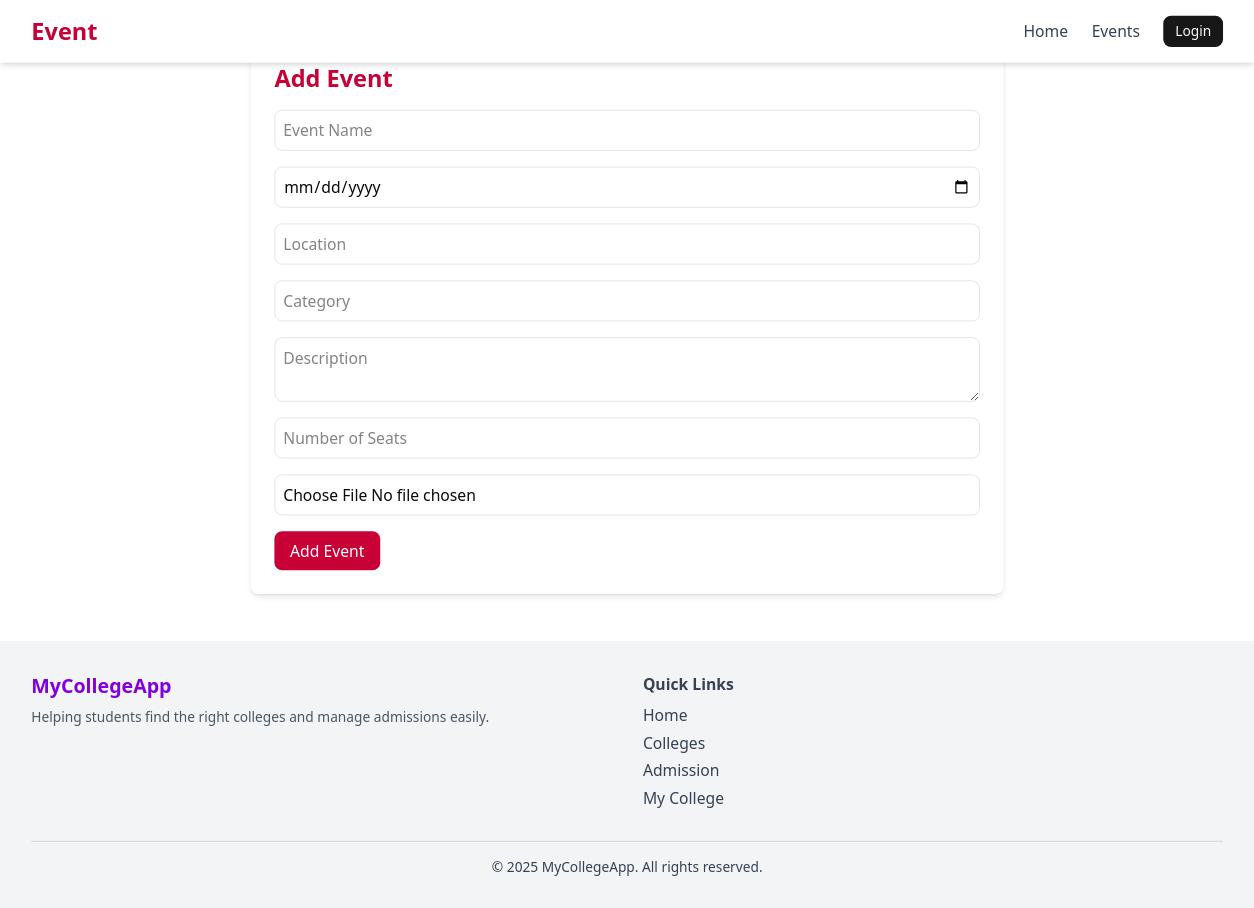
Repository: shshafin/event-client
Page: /add-event
The author's editor kept a copy of each file at every save. The page is drawn from the files as they stood at one save, then again after the next save.
The browser window is 1280 px wide. The pictures show the whole page, at 98% of full size.
The page's requests for data from a server got no answer. The project was rebuilt for these pictures with package versions that can differ from the ones it lists, and the page was loaded fresh each time. The framework's server and built-in components were replaced by stand-ins that run in the browser. No one was signed in, and anything a server would have sent is missing. Also part of the build but not shown: next.config.ts, src/components/ui/dropdown-menu.tsx.

Above is the page before, as saved 2025-10-30 00:53:41.

After the next save:
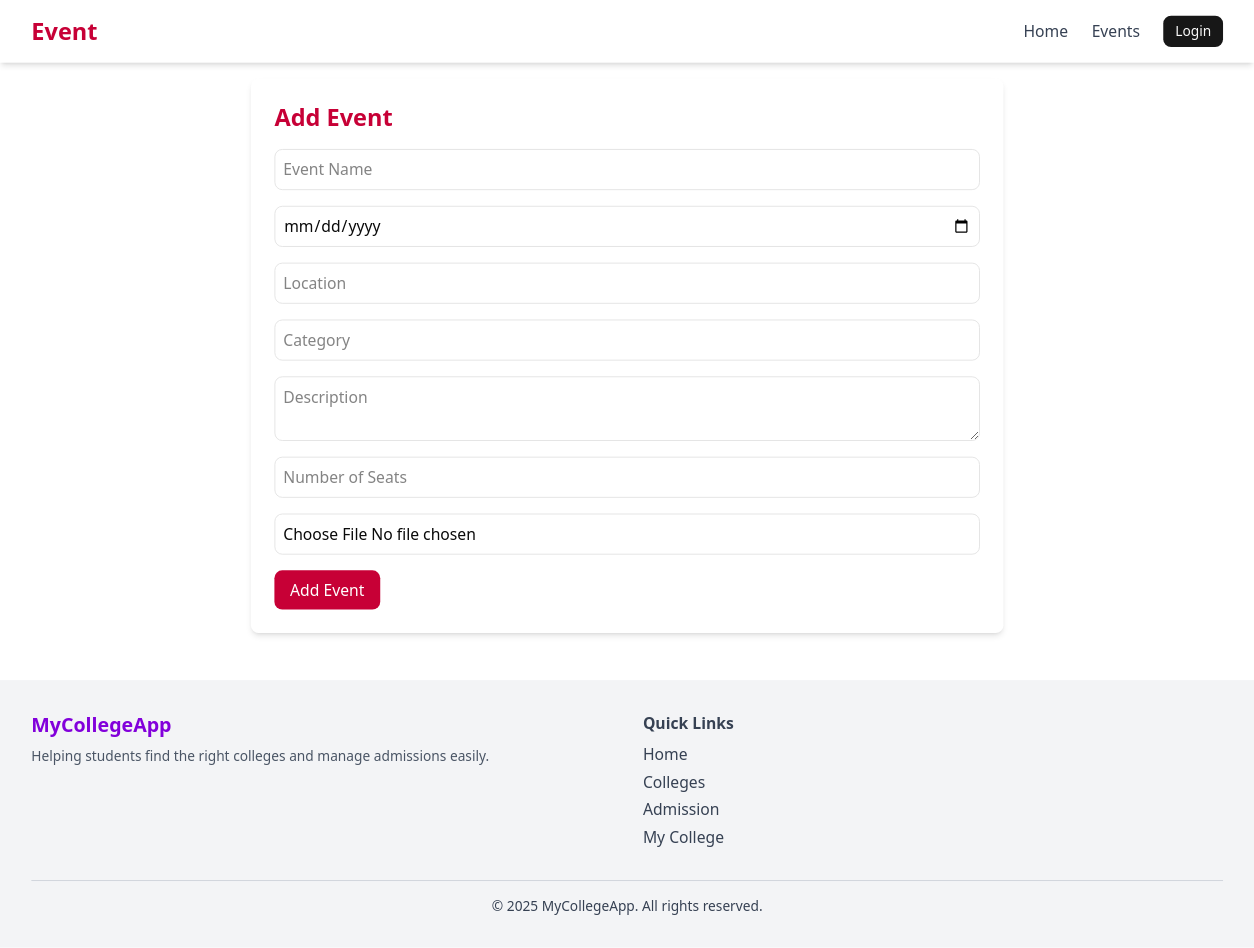
Saved 5 s later.
--- a/src/app/(withCommonLayout)/(admin)/add-event/page.tsx
+++ b/src/app/(withCommonLayout)/(admin)/add-event/page.tsx
@@ -118,7 +118,7 @@ export default function AddEventPage() {
   };
 
   return (
-    <div className="max-w-3xl mx-auto mt-10 p-6 bg-white shadow-md rounded-md ">
+    <div className="max-w-3xl mx-auto mt-20 p-6 bg-white shadow-md rounded-md ">
       <h2 className="text-2xl font-bold mb-4 text-rose-700">Add Event</h2>
 
       <FXForm
